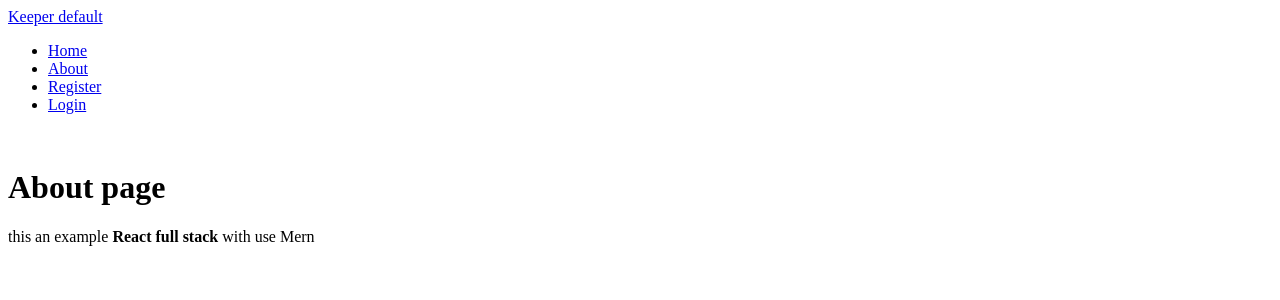
Repository: 3bdulrahman/contact-keeper
Page: /about (app in client/)
These files come from the project's save history. The page is drawn as it stood at one moment and after the next save; the edit follows.
The browser window is 1280 px wide. The pictures show the whole page.
The project was rebuilt for these pictures with package versions that can differ from the ones it lists, and the page was loaded fresh each time. A package was used in the major version that the imports need, not the one package.json lists. Also part of the build but not shown: client/src/components/contacts/contactsItem.js, client/src/components/contacts/contacts.js, client/src/components/contacts/contactForm.js, client/src/components/contacts/contactFilter.js, client/src/components/pages/Home.js, client/src/components/auth/Register.js, client/src/components/auth/Login.js, client/src/components/private/PrivateRoute.js and 1 more.

Above is the page before, as saved 2020-04-27 18:39:40.

### client/src/App.js
import React,{Fragment} from 'react';
import { BrowserRouter as Router , Route , Switch } from 'react-router-dom'
import Navbar from './components/layout/Navbar'
import Home from './components/pages/Home'
import About from './components/pages/About'
import ContactState  from './context/contact/ContactState'
import Register from './components/auth/Register'
import Login from './components/auth/Login'
import AuthState from './context/auth/authState'
import AlertState from './context/alert/alertState'
import Alert from './components/layout/Alert'
import setAuth from './context/auth/utils/setAuth'
import PrivateRoute from './components/private/PrivateRoute'

import './App.css'

if(localStorage.token){
  setAuth(localStorage.token)
}
const  App = ()=> {
   return (
     <AuthState>
    <ContactState>
      <AlertState>
    <Router>
    <Fragment>
         <Navbar   />
         <div className='container'>
           <Alert />
             <Switch>
               <PrivateRoute exact path='/' component={Home} />
               <Route exact path='/about' component={About} />
               <Route exact path='/register' component={Register} />
               <Route exact path='/login' component={Login} />
             </Switch>
         </div>
    </Fragment>
    </Router>
    </AlertState>
    </ContactState>
    </AuthState>
  );
}

export default App;

### client/src/components/layout/Navbar.js
import React,{useContext,Fragment} from 'react'
import {Link} from 'react-router-dom'
import PropTypes from 'prop-types'
import authContext from '../../context/auth/authContext'

 const Navbar = ({title}) => {
   const context = useContext(authContext)
   const { logout , isAuth , user } = context
   const onClick = ()=> logout()
    return (
      <nav className="navbar navbar-expand-sm bg-dark navbar-dark">
      <a className="navbar-brand" href="/">{title}</a>

      <ul className="navbar-nav">
        { isAuth ? (<Fragment>
            <li className="nav-item">
            <a className="nav-link" onClick={onClick} href="#">logout</a>

          </li>
           <li className="nav-item">

            <a className="nav-link"  href="#">{  user && user.user.name }</a>
         </li>

         </Fragment> ) :
          (<Fragment>
              <li className="nav-item">
           <Link className="nav-link" to="/"><i className='fa fa-home'></i> Home</Link>
           </li>
           <li className="nav-item">
             <Link className="nav-link" to="/about">About</Link>
           </li>
           <li className="nav-item">
             <Link className="nav-link" to="/register">Register</Link>
           </li>
           <li className="nav-item">
             <Link className="nav-link" to="/login">Login</Link>
           </li>
          </Fragment>)
        }

      </ul>
    </nav>
    )
}

Navbar.propTypes= {
     title:PropTypes.string.isRequired
}
Navbar.defaultProps = {
     title:'Keeper default '
}

export default Navbar

### client/src/components/pages/About.js
import React from 'react'

 const About = () => {
    return (
        <div>
           <h1 className='text-dark'>About page</h1>
           <p>
                this an example <strong>React full stack </strong> with use Mern
           </p>
        </div>
    )
}

export default About

### client/src/context/contact/ContactState.js
import React,{useReducer} from 'react'
import uuid from 'uuid/v4'
import contactContext from './ContactContext'
import { UPDATE_CONTACT,CLEAR_CURRENT,DELETE_CONTACT,SET_CURRENT,ADD_CONTACT,SET_ALERT,REMOVE_ALERT,
    FILTER_CONTACTS,CLEAR_FILTER} from '../type'
import contactReducer from '../contact/ContactReducer'
const ContactState = props=>{
       const contactInit = {
             contacts:[
                   {id:1,name:"ahmed",email:"xx@gmail.com",phone:"01-223-333",type:"personal"}
             ],
             current:null,
             filtered:null
       };
       const [state,dispatch] = useReducer(contactReducer,contactInit)
       //add contact
       const addContact = contact =>{
            contact.id = uuid()
            dispatch({
                  type:ADD_CONTACT,
                  payload:contact
            })
       }
       // delete contact
       const deleteContact = id =>{
        dispatch({
              type:DELETE_CONTACT,
              payload:id
        })
   }

   // set Current
     const setCurrent = contact =>{
           dispatch({
                type:SET_CURRENT,
                payload:contact
           })
     }
   // clear current
   const clearCurrent =()=> dispatch({ type:CLEAR_CURRENT})
   //update contact
   const updateContact= contact =>{
      dispatch({
           type:UPDATE_CONTACT,
           payload:contact
      })
}
  // contact filtered
     const contactFilter = txt =>{
             dispatch({
                    type:FILTER_CONTACTS,
                    payload:txt
             })
     }
  // contact clear filtered
  const contactClearFiltred = ()=> dispatch({ type:CLEAR_FILTER })
       return(
            <contactContext.Provider value={{
                contacts:state.contacts,
                current:state.current,
                filtered:state.filtered,
                contactClearFiltred,
                contactFilter,
                setCurrent,
                clearCurrent,
                addContact,
                updateContact,
                deleteContact
            }}>
                {props.children}
            </contactContext.Provider>
       )
}

export default ContactState

### client/src/context/auth/authState.js
import React,{useReducer} from 'react'
import axios from 'axios'
import authContext from './authContext'
import{USER_LOADED,LOGIN_SUCCESS,LOGIN_FAIL,AUTH_ERROR,CLEAR_ERRORS,REGISTER_SUCCESS,REGISTER_FAIL, LOGOUT} from '../type'
import authReducer from './authReducer'
import setAuth from './utils/setAuth'
const AuthState = props=>{

       const contactInit = {
             token: localStorage.getItem('token'),
             isAuth:localStorage.getItem('token')?true:false,
             user:null,
             loaded:true,
             errors:null
       };

       const [state,dispatch] = useReducer(authReducer,contactInit)
       const loadUser = async ()=>{

           setAuth(localStorage.token)

           try {
               const res = await axios.get('/api/auth')
               dispatch({
                    type:USER_LOADED,
                    payload:res.data
               })
             //  console.log('test',res.data)
           } catch (error) {
               dispatch({
                    type:AUTH_ERROR
               })

           }
      }
       const login = async userPayload =>{
          const config = {
               headers: {
                 'Content-Type': 'application/json'
               }
             };
             try {

               const res = await axios.post('/api/auth',userPayload,config)

               dispatch({
                     type:LOGIN_SUCCESS,
                     payload:res.data
               })
               loadUser();
             } catch (err) {

                 dispatch({
                      type:LOGIN_FAIL,
                      payload:err.response.data.msg
                 })
             }
       }
       const logout = ()=> dispatch( { type:LOGOUT })
       const register = async usePayload =>{
        const config = {
            headers: {
              'Content-Type': 'application/json'
            }
          };
          try {
            const res = await axios.post('/api/users',usePayload,config)

            dispatch({
                  type:REGISTER_SUCCESS,
                  payload:res.data
            })
            loadUser();
          } catch (err) {

              dispatch({
                   type:REGISTER_FAIL,
                   payload:err.response.data.msg
              })
          }
       }
       const clearErrors = ()=> dispatch({ type: CLEAR_ERRORS})
       return(
            <authContext.Provider value={{
                token:state.token,
                isAuth: state.isAuth,
                user:state.user,
                loaded:state.loaded,
                errors:state.errors,
                clearErrors,
                register,
                loadUser,
                login,
                logout
            }}>
                {props.children}
            </authContext.Provider>
       )
}

export default AuthState

### client/src/context/alert/alertState.js
import React,{useReducer} from 'react'
import alertContext from './alertContext'
import uuid from 'uuid/v4'
import{SET_ALERT,REMOVE_ALERT} from '../type'
import alertReducer from './alertReducer'
const AlertState = props=>{
       const contactInit = [];
       const alerName = 'text'
       const [state,dispatch] = useReducer(alertReducer,contactInit)
       const setAlert = (msg,type,timeout=5000)=>{
            console.log(msg)
            const id = Math.random()
            dispatch({ type:SET_ALERT,payload: { msg,type,id } })
            setTimeout(()=>{
                  dispatch({ type:REMOVE_ALERT,payload:id })
            },timeout)
       }
       return(
            <alertContext.Provider value={{
                 alert:state,
                 alerName,
                 setAlert
            }}>
                {props.children}
            </alertContext.Provider>
       )
}

export default AlertState

### client/src/components/layout/Alert.js
import React,{useContext} from 'react'
import alertContext from '../../context/alert/alertContext'
 const Alert = () => {
    const context = useContext(alertContext)
    return (
        <div>
            <br />
            { context.alert.length>0 && context.alert.map(alert=>(
                 <div id={alert.id} className={`alert alert-${alert.type}`}>
                     {alert.msg}
                 </div>
            )) }
        </div>
    )
}

export default Alert

### client/src/context/auth/utils/setAuth.js
import axios from 'axios'
const setAuth = token =>{
      if(token){
           axios.defaults.headers.common['x-auth-token']= token
      }else{
           delete axios.defaults.headers.common['x-auth-token']
      }
}

export default setAuth

### client/src/context/auth/authContext.js
import {createContext} from 'react'

const authContext = createContext();
export default authContext

### client/src/context/contact/ContactContext.js
import {createContext} from 'react'
const contactContext = createContext()
export default contactContext

### client/src/context/type.js
export const ADD_CONTACT="ADD_CONTACT"
export const DELETE_CONTACT="DELETE_CONTACT"
export const UPDATE_CONTACT="UPDATE_CONTACT"
export const FILTER_CONTACTS="FILTER_CONTACTS"
export const CLEAR_FILTER="CLEAR_FILTER"
export const SET_CURRENT="SET_CURRENT"
export const CLEAR_CURRENT="CLEAR_CURRENT"
export const SET_ALERT="SET_ALERT"
export const REMOVE_ALERT="REMOVE_ALERT"
export const REGISTER_SUCCESS = 'REGISTER_SUCCESS'
export const REGISTER_FAIL = 'REGISTER_FAIL'
export const USER_LOADED = 'USER_LOADED'
export const AUTH_ERROR = 'AUTH_ERROR'
export const LOGIN_SUCCESS = 'LOGIN_SUCCESS'
export const LOGIN_FAIL = 'LOGIN_FAIL'
export const LOGOUT = 'LOGOUT'
export const CLEAR_ERRORS = 'CLEAR_ERRORS'

### client/src/context/contact/ContactReducer.js
import { UPDATE_CONTACT,CLEAR_CURRENT,DELETE_CONTACT,SET_CURRENT,ADD_CONTACT,SET_ALERT,REMOVE_ALERT,
    FILTER_CONTACTS,CLEAR_FILTER} from '../type'

export default (state,action)=>{
      switch(action.type){

          case ADD_CONTACT:
              return { ...state,contacts:[...state.contacts,action.payload]}
          case DELETE_CONTACT:
              return { ...state,contacts:state.contacts.filter(contact=> contact.id!= action.payload)}
          case SET_CURRENT:
              return {...state,current:action.payload}
          case UPDATE_CONTACT:
              return {...state,contacts:state.contacts.map(contact=> contact.id == action.payload.id ? action.payload:contact  )}
          case CLEAR_CURRENT:
              return {...state,current:null}
          case FILTER_CONTACTS:
              return { ...state, filtered:state.contacts.filter(contact=>{
                   const regx = new RegExp(`${action.payload}`,'gi')
                   return contact.name.match(regx)|| contact.email.match(regx)
              }) }
         case CLEAR_FILTER:
             return { ...state, filtered:null}
           default:
               return state
      }
}

### client/src/context/alert/alertContext.js
import {createContext} from 'react'

const alertContext = createContext();
export default alertContext

### client/src/context/auth/authReducer.js
import {REGISTER_FAIL,REGISTER_SUCCESS,LOGOUT, CLEAR_ERRORS, AUTH_ERROR, USER_LOADED, LOGIN_SUCCESS, LOGIN_FAIL} from '../type'
export default (state,action)=>{

       switch (action.type) {
           case REGISTER_SUCCESS:
           case LOGIN_SUCCESS:
               localStorage.setItem('token',action.payload.token)
               return {
                 ...state,
                 ...action.payload,
                 isAuth:true,
                 loaded:false
               }
            case USER_LOADED:
                return {
                    ...state,
                    isAuth:true,
                    loaded:false,
                    user:action.payload
                }
            case REGISTER_FAIL:
            case AUTH_ERROR:
            case LOGIN_FAIL:
            case LOGOUT:
                localStorage.removeItem('token')
                return{
                     ...state,
                     isAuth:false,
                     loaded:true,
                     user:null,
                     token:null,
                     errors:action.payload

                }

                case CLEAR_ERRORS:
                    return { ...state, errors:null }
           default:
               return state
       }
}

### client/src/context/alert/alertReducer.js
import {SET_ALERT,REMOVE_ALERT} from '../type'
export default (state,action)=>{
    switch (action.type) {
        case SET_ALERT:
            return [...state,action.payload]
        case REMOVE_ALERT:
            return state.filter(alert=> alert.id!== action.payload )
        default:
            return state
    }
}

Loaded but not shown: client/src/index.js (common file)

After the next save:
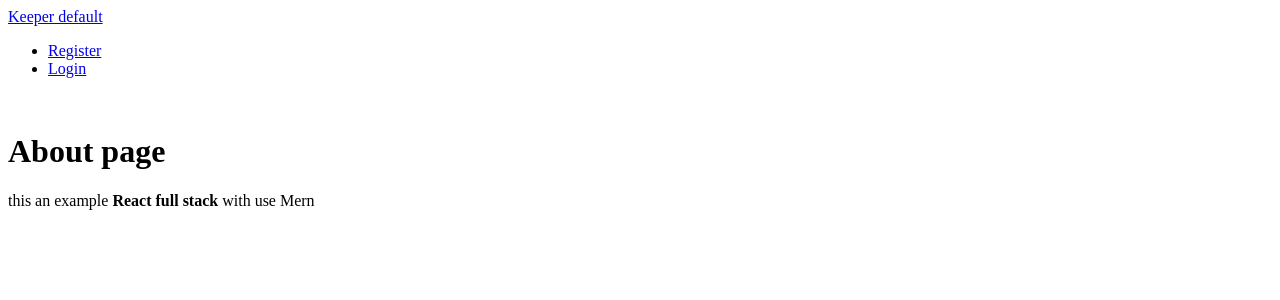
Saved 6 min 23 s later.
--- a/client/src/components/layout/Navbar.js
+++ b/client/src/components/layout/Navbar.js
@@ -13,6 +13,12 @@ import authContext from '../../context/auth/authContext'
 
       <ul className="navbar-nav">
         { isAuth ? (<Fragment>
+          <li className="nav-item">
+           <Link className="nav-link" to="/"><i className='fa fa-home'></i> Home</Link>
+           </li>
+           <li className="nav-item">
+             <Link className="nav-link" to="/about">About</Link>
+           </li>
             <li className="nav-item">
             <a className="nav-link" onClick={onClick} href="#">logout</a>
 
@@ -24,12 +30,7 @@ import authContext from '../../context/auth/authContext'
 
          </Fragment> ) :
           (<Fragment>
-              <li className="nav-item">
-           <Link className="nav-link" to="/"><i className='fa fa-home'></i> Home</Link>
-           </li>
-           <li className="nav-item">
-             <Link className="nav-link" to="/about">About</Link>
-           </li>
+
            <li className="nav-item">
              <Link className="nav-link" to="/register">Register</Link>
            </li>
